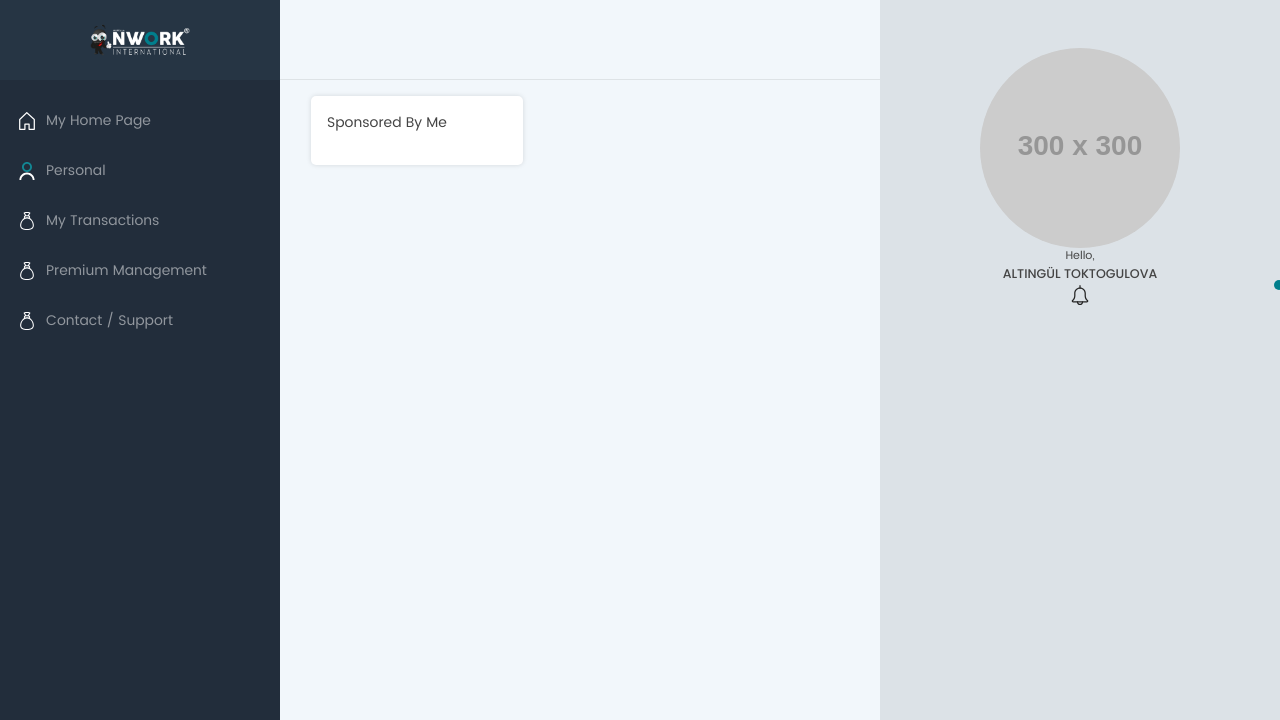
Repository: KayahanKahriman/nwork-admin
Page: index.html
An editor plug-in stored every save of this project. The page is shown before and after the next save, followed by the edit.
The browser window is 1280 px wide. The pictures show the whole page.
Some web fonts or font styles are not loaded; a fallback is used. The style sheet was rebuilt from its Sass, Less or Tailwind sources for each picture, by a compiler version that may differ from the author's.

Above is the page before, as saved 2021-06-09 16:11:34.

After the next save:
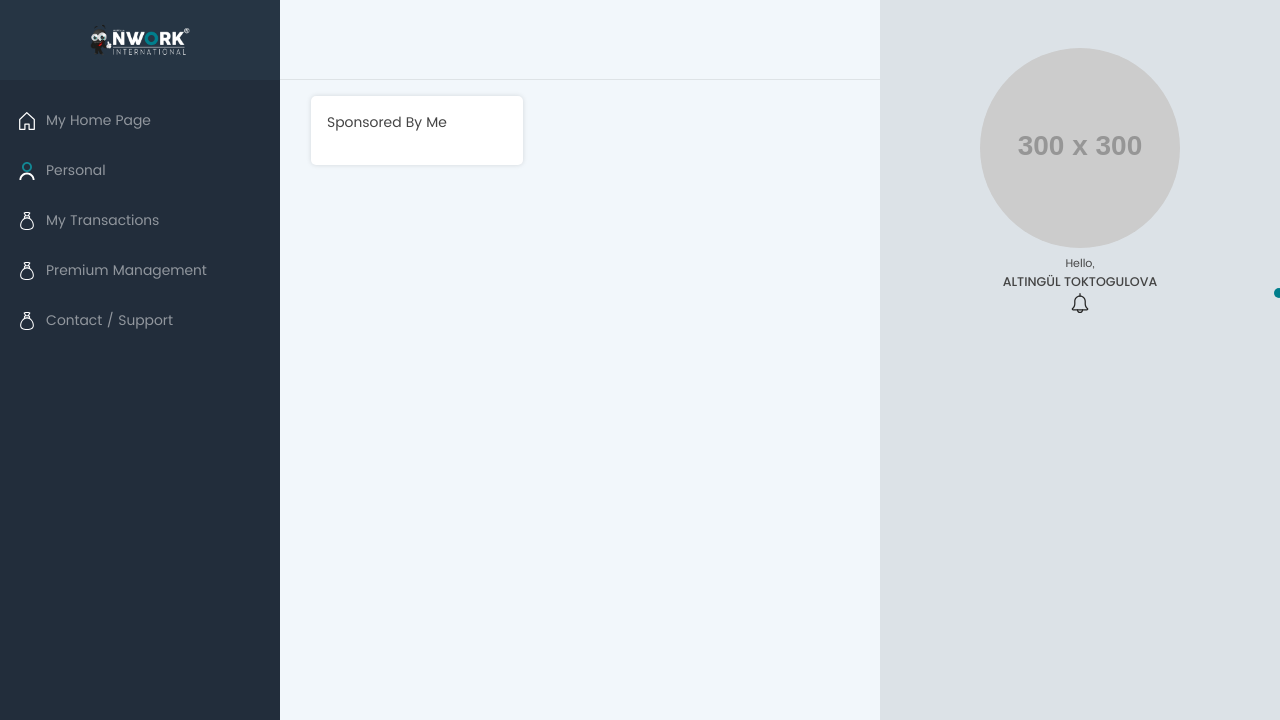
Saved 9 s later.
--- a/index.html
+++ b/index.html
@@ -108,7 +108,7 @@
             <img src="//via.placeholder.com/300x300" alt="">
         </div>
 
-        <div id="user">
+        <div id="user" class="mt-2">
             <span>Hello,</span>
             <p class="mb-0">altıngül toktogulova</p>
         </div>
